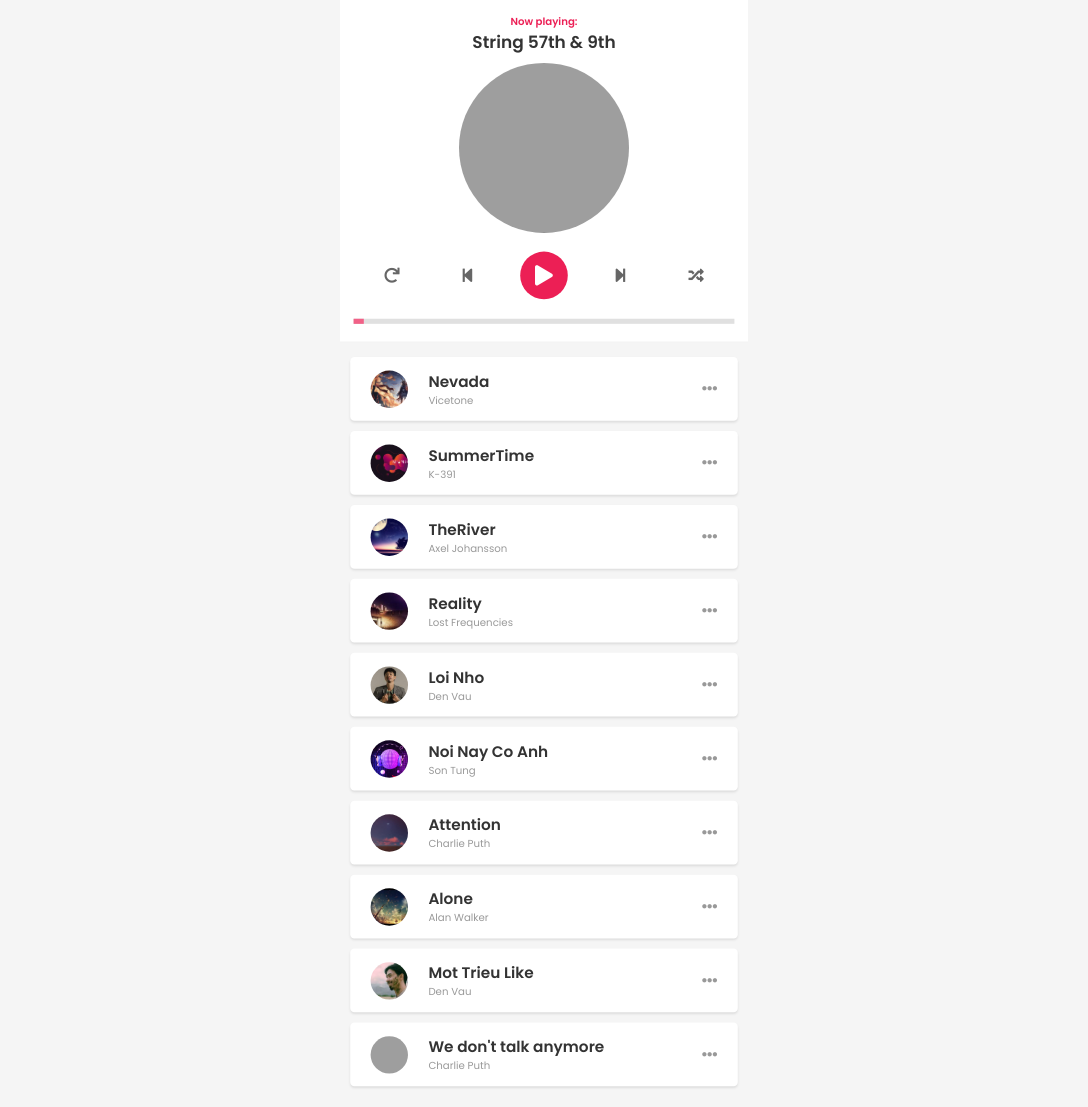
Repository: ahihison/MusicPlayer
Page: index.html
The author's editor kept a copy of each file at every save. The page is drawn from the files as they stood at one save, then again after a run of saves.
The browser window is 1280 px wide. The pictures show the whole page, at 85% of full size.
Pictures or frames that could not be fetched are drawn as grey boxes.

Above is the page before, as saved 2022-08-24 10:46:00.

After the next 7 saves:
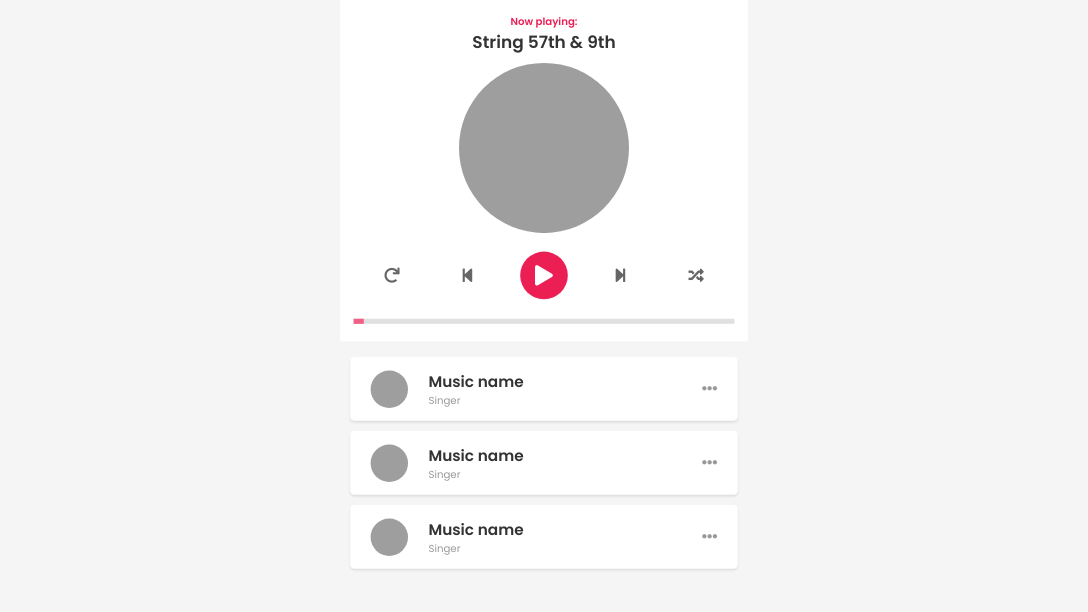
Console error: SyntaxError: Unexpected token '}'
The 7 saves are shown as one change because they came seconds apart.
The last was saved 14 s later.
--- a/index.html
+++ b/index.html
@@ -197,8 +197,8 @@
   },
   loadCurrentSong :function(){
 const header = $('header h2')
-const thumb = $('.cd-thumb')
-
+const cdThumb = $('.cd-thumb')
+const audio =
 
 
   },

After the 5 saves that followed:
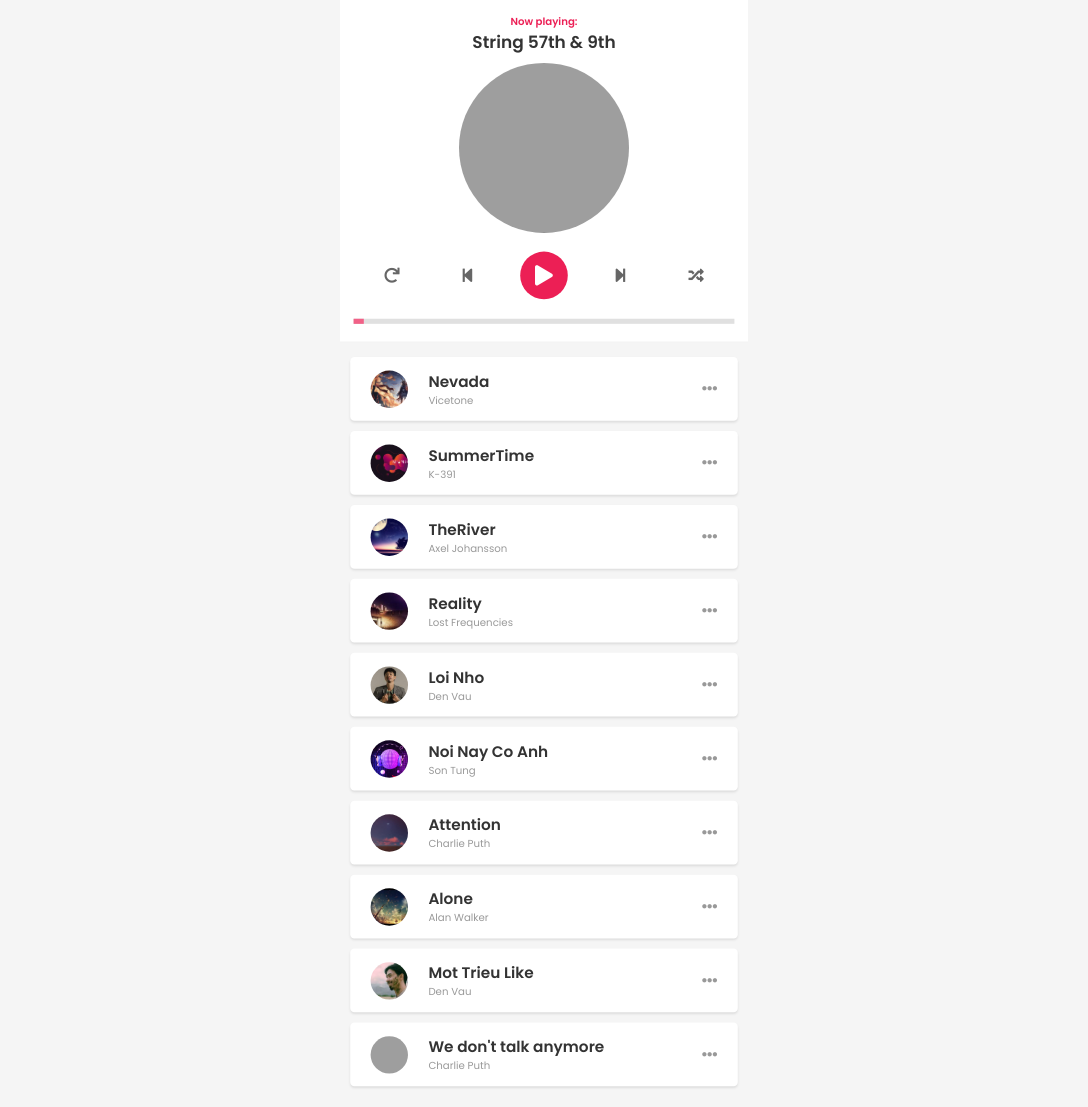
The error is gone.
The 5 saves are shown as one change because 1 left the picture as it was and some came seconds apart.
The last was saved 11 s later.
--- a/index.html
+++ b/index.html
@@ -198,7 +198,7 @@
   loadCurrentSong :function(){
 const header = $('header h2')
 const cdThumb = $('.cd-thumb')
-const audio =
+const audio = $('#audio')
 
 
   },
